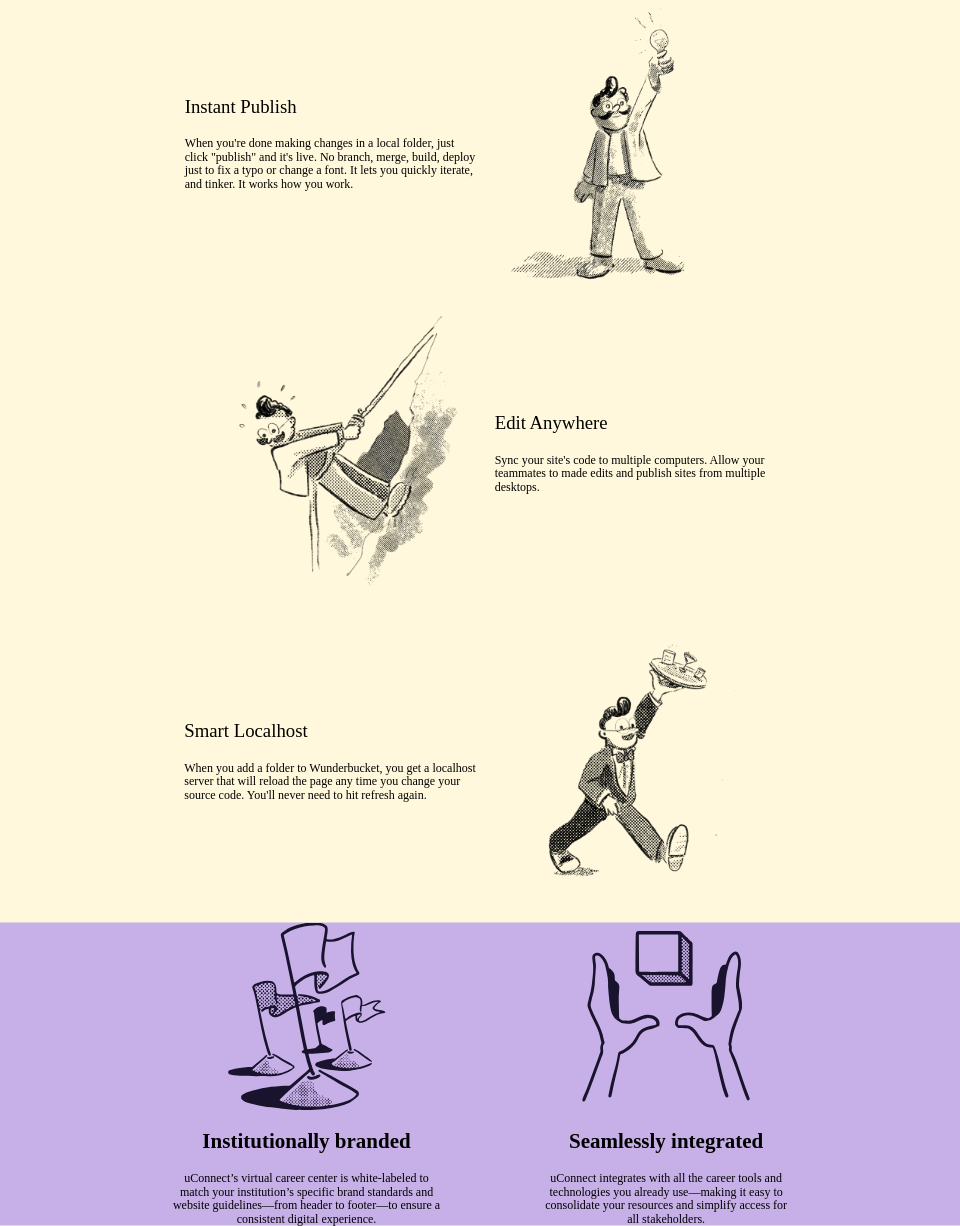
Repository: Pbemits/TEAMWORK-PROJECT-ONE
Page: index.html
The author's editor kept a copy of each file at every save. The page is drawn from the files as they stood at one save, then again after the next save.
The browser window is 1280 px wide. The pictures show the whole page, at 75% of full size.
Some web fonts or font styles are not loaded; a fallback is used.

Above is the page before, as saved 2023-09-02 00:29:31.

After the next save:
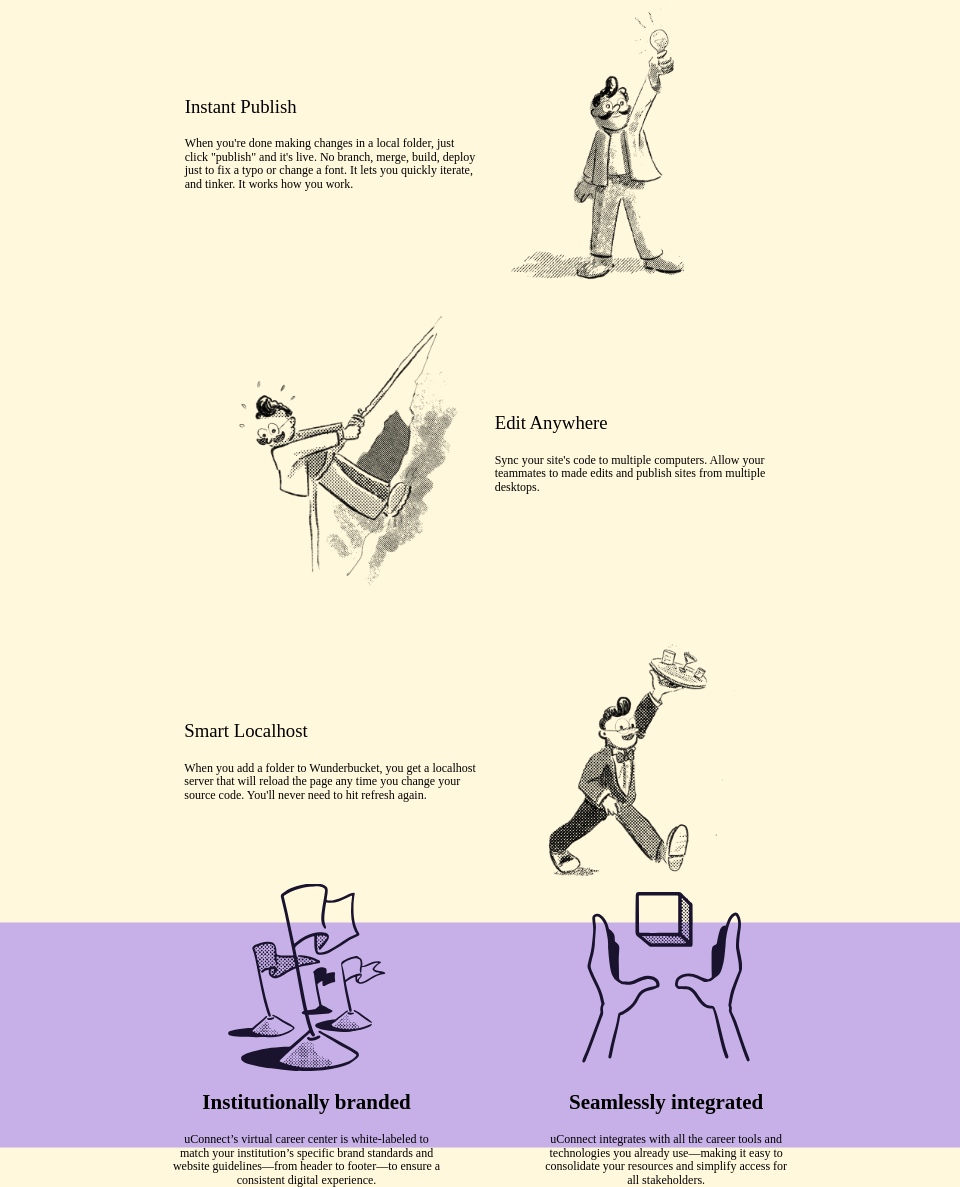
Saved 7 s later.
--- a/assets/css/main.css
+++ b/assets/css/main.css
@@ -99,6 +99,7 @@
     display: flex;
     align-items: center;
     justify-content: center;
+    height: 300px;
 }
 
 .content-section-one .content-wrapper-element-one {
